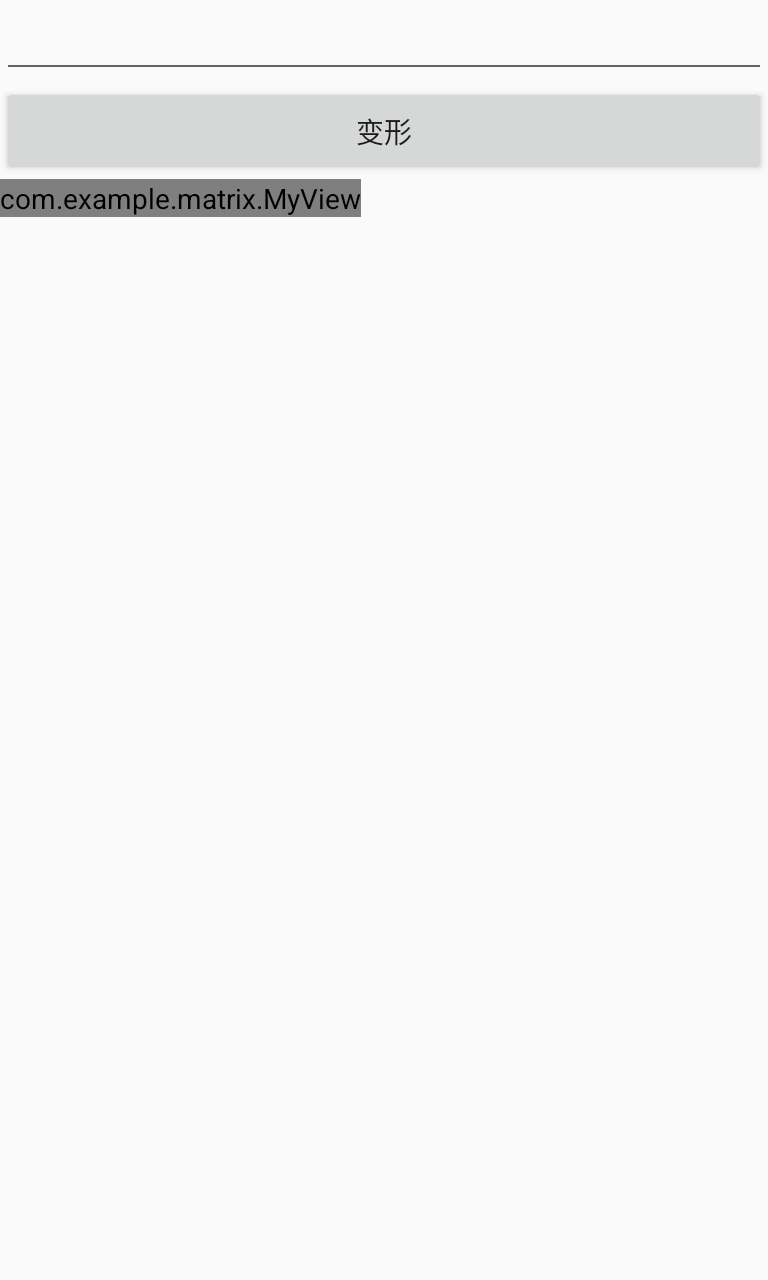
Repository: 18810012802/creazyAndroid
Layout: workspace3/matrix/res/layout/activity_main.xml
An editor plug-in stored every save of this project. The layout is shown before and after the next save, followed by the edit.
Pictures or frames that could not be fetched are drawn as grey boxes. It is drawn on a 768 x 1280 px phone screen (xhdpi) without system bars, with theme AppTheme; the app's code is not run.

Above is the layout before, as saved 2016-05-08 16:08:21.

After the next save:
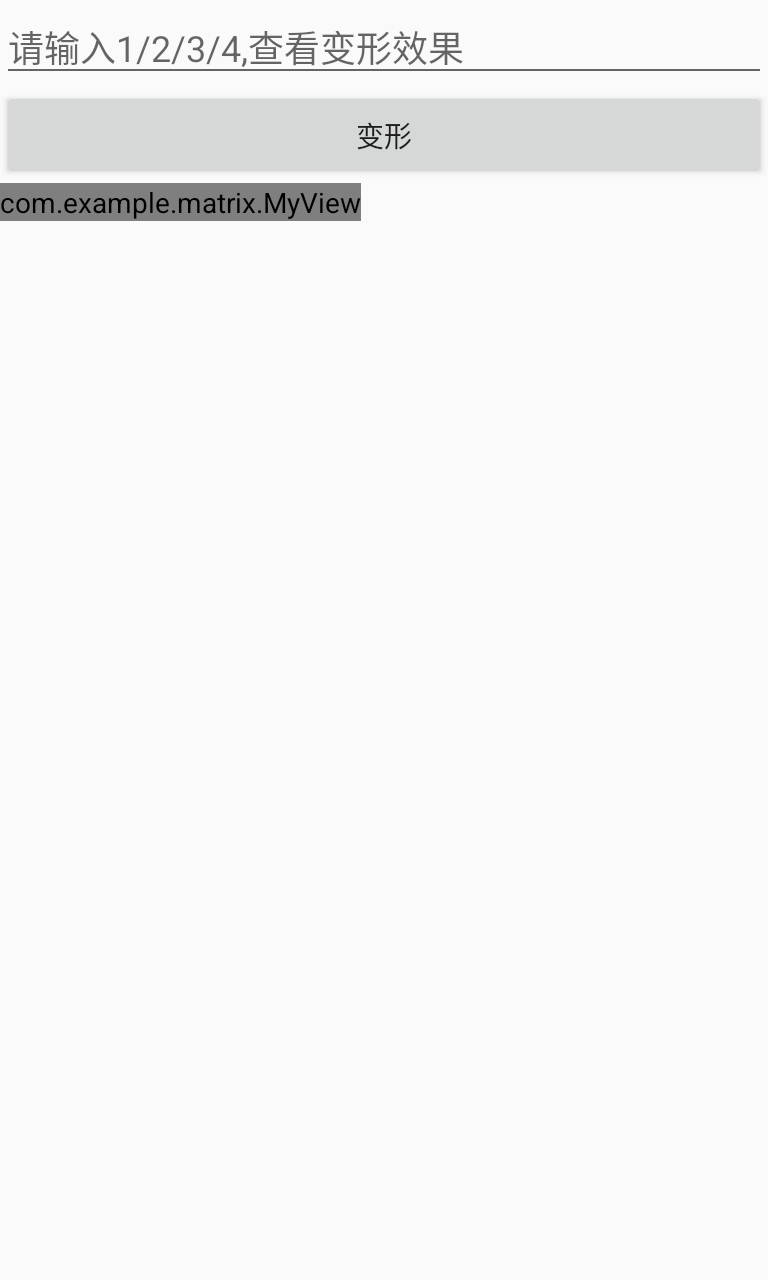
Saved 67 s later.
--- a/workspace3/matrix/res/layout/activity_main.xml
+++ b/workspace3/matrix/res/layout/activity_main.xml
@@ -9,6 +9,7 @@
           android:layout_width="match_parent"
         android:layout_height="wrap_content"
         android:inputType="number"
+        android:hint="请输入1/2/3/4,查看变形效果"
          />
         <Button
          android:id="@+id/bn"
